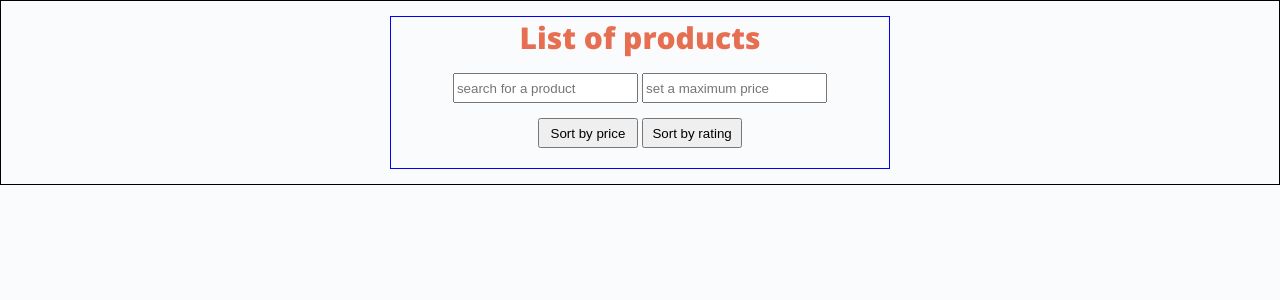
Repository: andrii1/hyf-homework
Page: javascript/javascript2/week2/hyf-bay/index.html
An editor plug-in stored every save of this project. The page is shown before and after the next save, followed by the edit.
The browser window is 1280 px wide. The pictures show the whole page.

Above is the page before, as saved 2022-07-06 12:40:44.

### javascript/javascript2/week2/hyf-bay/index.html
<head>
  <title>HyfBay - list of products</title>
  <meta name="viewport" content="width=device-width, initial-scale=1" />
  <link rel="stylesheet" type="text/css" href="main.css" />
  <link
    href="https://fonts.googleapis.com/css?family=Open+Sans:400,800"
    rel="stylesheet"
  />
</head>

<body>
  <main>
    <section class="box-products">
      <h1>List of products</h1>
      <form action="#" class="form">
        <input type="text" id="search" placeholder="search for a product" />
        <input
          type="text"
          id="maximumPrice"
          placeholder="set a maximum price"
        />
      </form>
      <button id="price-sort">Sort by price</button>
      <button id="rating-sort">Sort by rating</button>
      <ul id="list"></ul>
    </section>
  </main>
  <script src="hyfBayHelpers.js"></script>
  <script src="main.js"></script>
</body>

### javascript/javascript2/week2/hyf-bay/main.css
body {
    font-family: "Open Sans", sans-serif;
    background-color: #F9FBFD;
}

* {
    box-sizing: border-box;
}

body, h1, h2 {
    margin: 0;
    color: #264653
}

h1 {
  font-size: 30px;
  color:#E76F51;
}

h2 {
  font-size: 24px;
  color: #F4A261
}

ul {
    list-style-type: none;
    margin: 0;
    padding: 10;
}


main {
  display: flex;
  align-items: center;
  justify-content: center;
  padding:15;
  align-items: center;
  border: 1px solid black;
}

.box-products {
  width: 500px;
  border: 1px solid blue;
  text-align: center
}

form {
  margin: 15 0;
}

input[type=text] {
  height: 30px;
}

button {
  width: 100px;
  height: 30px;
}

### javascript/javascript2/week2/hyf-bay/hyfBayHelpers.js
/* DONT MODIFY ANY OF THIS CODE!!!*/

window.getAvailableProducts = function () {
  function getRandomInt(min, max) {
    min = Math.ceil(min);
    max = Math.floor(max);
    return Math.floor(Math.random() * (max - min + 1)) + min;
  }

  function getRandomItem(availableProductNames) {
    return availableProductNames[
      getRandomInt(0, availableProductNames.length - 1)
    ];
  }

  function getRandomProductname() {
    const preWords = [
      "Used",
      "Fantastic",
      '"Used"',
      "Broken",
      "Beautiful",
      "Wet",
      "Green",
      "Sloppy",
      "Dirty",
    ];
    const productNames = [
      "Carrot",
      "Drone",
      "Giftcard",
      "Puppy",
      "Car",
      "Shirt",
      "Milk",
      "Chalk",
      "Fish fingers",
      "Socks",
      "Chocolate",
      "Toothbrush",
      "Computer",
      "Nokia",
      "Cologne",
    ];

    let chosenProductName = getRandomItem(productNames);
    const shouldHavePreWord = getRandomInt(0, 10) > 6;

    if (shouldHavePreWord) {
      const preWord = preWords[getRandomInt(0, preWords.length - 1)];
      chosenProductName = `${preWord} ${chosenProductName}`;
    }

    return chosenProductName;
  }

  const numberOfAvailableProducts = getRandomInt(0, 30);
  const availableProducts = Array.apply(
    null,
    Array(numberOfAvailableProducts)
  ).map(() => {
    const name = getRandomProductname();
    return {
      id: `${name}${getRandomInt(0, 100000)}`,
      name,
      price: getRandomInt(0, 10000),
      rating: getRandomInt(1, 10),
    };
  });

  return availableProducts;
};

### javascript/javascript2/week2/hyf-bay/main.js
console.log("Script loaded");
const products = getAvailableProducts();
console.log(products);
let clickCount = 0;
let clickCountRating = 0;
const searchInput = document.getElementById("search");
const maximumPriceInput = document.getElementById("maximumPrice");
const buttonSortPrice = document.getElementById("price-sort");
const buttonSortRating = document.getElementById("rating-sort");
searchInput.addEventListener("input", filterProducts);
maximumPriceInput.addEventListener("input", filterProductsByPrice);
buttonSortPrice.addEventListener("click", sortProductsByPrice);
buttonSortRating.addEventListener("click", sortProductsByRating);
function filterProducts(event) {
  const filteredProducts = products.filter((product) =>
    product.name.toLowerCase().includes(event.target.value)
  );
  renderProducts(filteredProducts);
}

function filterProductsByPrice(event) {
  const filteredProducts = products.filter(
    (product) => product.price < event.target.value
  );
  renderProducts(filteredProducts);
}

function sortProductsByPrice() {
  if (clickCount % 2 == 0) {
    const sortedProducts = products.sort((a, b) => a.price - b.price);
    renderProducts(sortedProducts);
  } else {
    const sortedProducts = products.sort((a, b) => b.price - a.price);
    renderProducts(sortedProducts);
  }

  clickCount++;
}

function sortProductsByRating() {
  if (clickCountRating % 2 == 0) {
    const sortedProducts = products.sort((a, b) => a.rating - b.rating);
    renderProducts(sortedProducts);
  } else {
    const sortedProducts = products.sort((a, b) => b.rating - a.rating);
    renderProducts(sortedProducts);
  }

  clickCountRating++;
}

const list = document.querySelector("#list");

function renderProducts(products) {
  // your code here
  list.innerHTML = "";
  for (let i = 0; i < products.length; i++) {
    const listItem = document.createElement("li");
    const name = document.createElement("h2");
    const price = document.createElement("p");
    const rating = document.createElement("p");
    name.innerHTML = products[i].name;
    price.innerHTML = `price: ${products[i].price}`;
    rating.innerHTML = `rating: ${products[i].rating}`;
    list.appendChild(listItem);
    list.appendChild(name);
    list.appendChild(price);
    list.appendChild(rating);
  }
}

//renderProducts(products); // This should create the ul and the li's with the individual products details

After the next save:
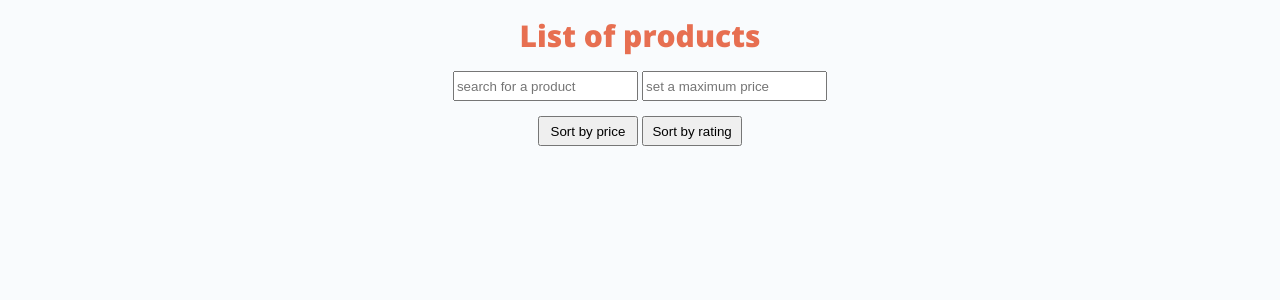
Saved 8 min 18 s later.
--- a/javascript/javascript2/week2/hyf-bay/main.css
+++ b/javascript/javascript2/week2/hyf-bay/main.css
@@ -35,12 +35,10 @@ main {
   justify-content: center;
   padding:15;
   align-items: center;
-  border: 1px solid black;
 }
 
 .box-products {
   width: 500px;
-  border: 1px solid blue;
   text-align: center
 }
 
